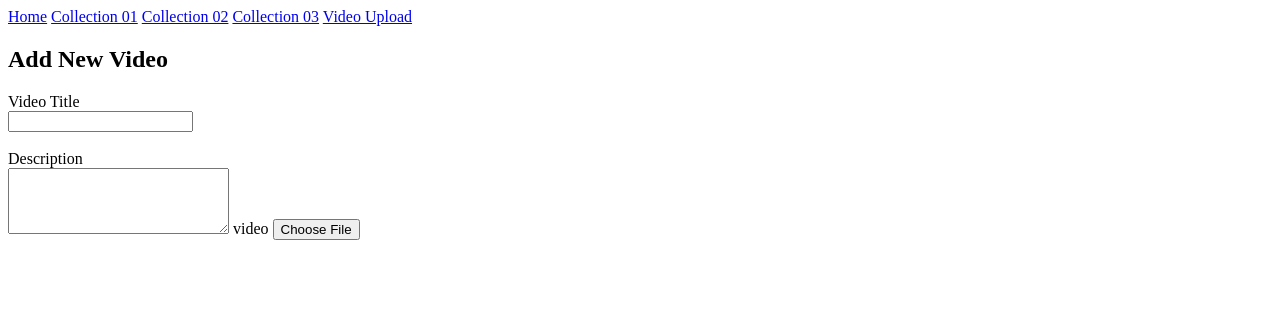
Repository: JoaoLemesDEV/Project-MyTube
Page: video_upload_page.html
An editor plug-in stored every save of this project. The page is shown before and after a run of saves, followed by the edit.
The browser window is 1280 px wide. The pictures show the whole page.

Above is the page before, as saved 2021-10-10 21:24:25.

After the next 4 saves:
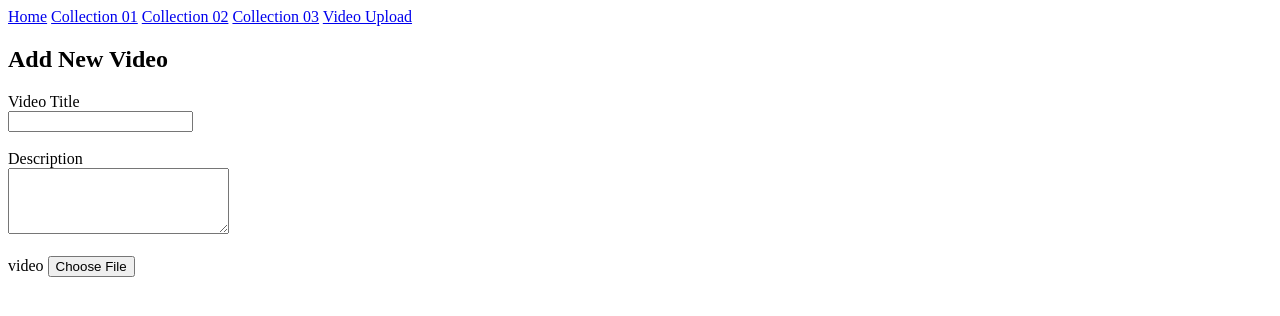
The 4 saves are shown as one change because they came seconds apart.
The last was saved 11 s later.
--- a/video_upload_page.html
+++ b/video_upload_page.html
@@ -19,7 +19,7 @@
 <label for="title">Video Title</label><br>
 <input type="text" name="" id=""><br><br>
 <label for="description">Description</label><br>
-<textarea name="description" id="descripition" cols="25" rows="4"></textarea>
+<textarea name="description" id="descripition" cols="25" rows="4"></textarea><br><br>
 <label for="video">video</label>
 <input type="button" value="Choose File">
 </body>
